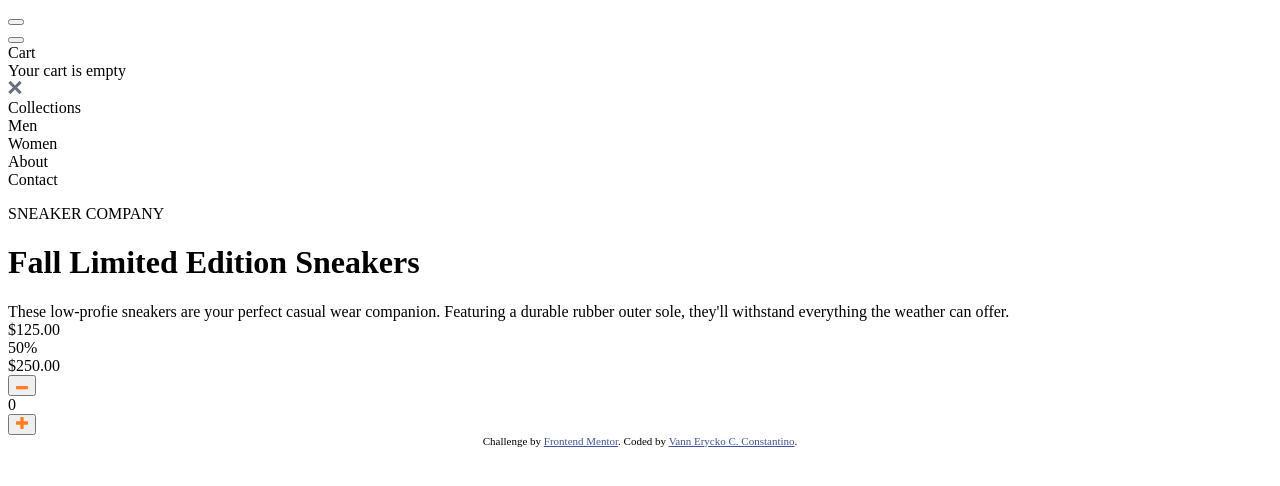
Repository: kocokoy/ecommerce-product-page
Page: src/template.html
The author's editor kept a copy of each file at every save. The page is drawn from the files as they stood at one save, then again after the next save.
The browser window is 1280 px wide. The pictures show the whole page.
Some web fonts or font styles are not loaded; a fallback is used.

Above is the page before, as saved 2024-11-19 09:29:18.

### src/template.html
<!DOCTYPE html>
<html lang="en">
<head>
  <meta charset="UTF-8">
  <meta name="viewport" content="width=device-width, initial-scale=1.0"> <!-- displays site properly based on user's device -->

  <link rel="icon" type="image/png" sizes="32x32" href="./images/favicon-32x32.png">
  <link rel="preconnect" href="https://fonts.googleapis.com">
  <link rel="preconnect" href="https://fonts.gstatic.com" crossorigin>
  <link href="https://fonts.googleapis.com/css2?family=Karla:ital,wght@0,200..800;1,200..800&family=Kumbh+Sans:wght@100..900&family=Playfair+Display:ital,wght@0,400..900;1,400..900&family=Plus+Jakarta+Sans:ital,wght@0,200..800;1,200..800&family=Red+Hat+Text:ital,wght@0,300..700;1,300..700&display=swap" rel="stylesheet">
  <title>Frontend Mentor | E-commerce product page</title>
  <style>
    .attribution { font-size: 11px; text-align: center; }
    .attribution a { color: hsl(228, 45%, 44%); }
  </style>
</head>
<body>
  <div class="content">
    <header>
      <div class="header-img"></div>
      <div class="header-title"></div>
      <div class="header-img"></div>
      <div class="header-img"></div>
    </header>
    <container class="image-carousel">
      <div class="image">
        <button class="image-carousel-back-btn"></button>
        <div class="image-carousel-image"></div>
        <button class="image-carousel-forward-btn"></button>
      </div>
      <div class="cart">
        <div class="cart-title">Cart</div>
        <div class="cart-content">Your cart is empty</div>
      </div>
    </container>
    <container class="menu-bar">
      <img src="/images/icon-close.svg" alt="">
      <div>Collections</div>
      <div>Men</div>
      <div>Women</div>
      <div>About</div>
      <div>Contact</div>
    </container>
    <container class="item-info">
      <div class="item-info-text">
        <p>SNEAKER COMPANY</p>
        <H1>Fall Limited Edition Sneakers</H1>
        <div>
          These low-profie sneakers are your perfect casual wear companion. Featuring a durable rubber outer sole, they'll withstand everything the weather can offer.
        </div>
      </div>
      <div class="item-info-price">
        <div class="price">$125.00</div>
        <div class="percent">50%</div>
        <div class="retail-price">$250.00</div>
      </div>
      <div class="item-info-quantity">
        <button><img src="/images/icon-minus.svg" alt=""></button>
        <div>0</div>
        <button><img src="/images/icon-plus.svg" alt=""></button>
      </div>
      <div class="item-info-button">
      </div>
    </container>
  </div>
  <div class="attribution">
    Challenge by <a href="https://www.frontendmentor.io?ref=challenge" target="_blank">Frontend Mentor</a>.
    Coded by <a href="#">Vann Erycko C. Constantino</a>.
  </div>
</body>
</html>

After the next save:
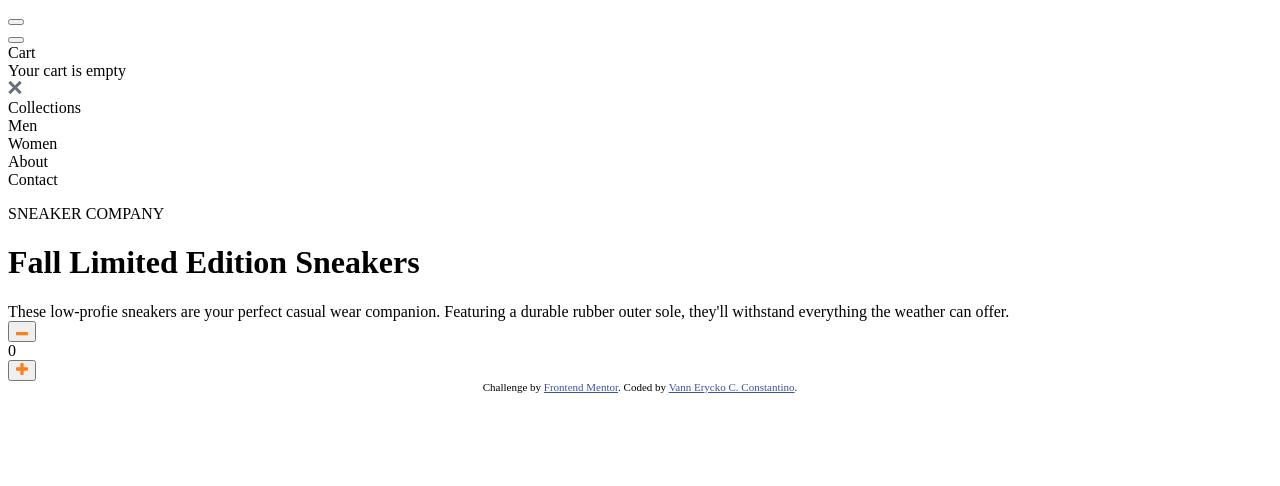
Saved 5 min 40 s later.
--- a/src/template.html
+++ b/src/template.html
@@ -50,9 +50,9 @@
         </div>
       </div>
       <div class="item-info-price">
-        <div class="price">$125.00</div>
+        <!-- <div class="price">$125.00</div>
         <div class="percent">50%</div>
-        <div class="retail-price">$250.00</div>
+        <div class="retail-price">$250.00</div> -->
       </div>
       <div class="item-info-quantity">
         <button><img src="/images/icon-minus.svg" alt=""></button>
